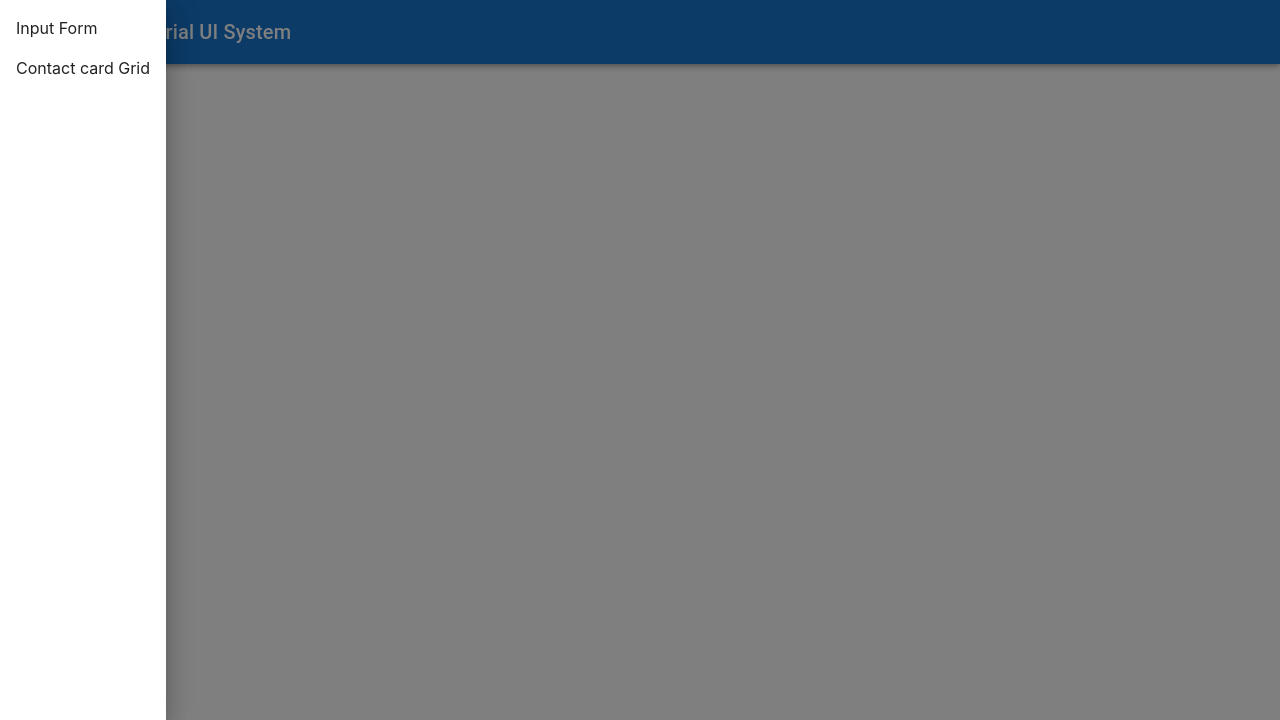
Repository: knowledgeAlan/react-mui
Page: /
These files come from the project's save history. The page is drawn as it stood at one moment and after a run of saves; the edit follows.
The browser window is 1280 px wide. The pictures show the whole page.
The project was rebuilt for these pictures with package versions that can differ from the ones it lists, and the page was loaded fresh each time. Also part of the build but not shown: vite.config.ts.

Above is the page before, as saved 2025-01-22 12:21:13.

### src/App.tsx
import { useState } from 'react'
import reactLogo from './assets/react.svg'
import viteLogo from '/vite.svg'
import './App.css'
import NavDrawer from './components/Scaffold/NaviDrawer'

function App() {


  return (
    <>
      <NavDrawer/>
    </>
  )
}

export default App

### src/App.css
#root {
  max-width: 1280px;
  /* margin: 0 auto; */
  /* padding: 2rem; */
  /* text-align: center; */
}

.logo {
  height: 6em;
  padding: 1.5em;
  will-change: filter;
  transition: filter 300ms;
}
.logo:hover {
  filter: drop-shadow(0 0 2em #646cffaa);
}
.logo.react:hover {
  filter: drop-shadow(0 0 2em #61dafbaa);
}

@keyframes logo-spin {
  from {
    transform: rotate(0deg);
  }
  to {
    transform: rotate(360deg);
  }
}

@media (prefers-reduced-motion: no-preference) {
  a:nth-of-type(2) .logo {
    animation: logo-spin infinite 20s linear;
  }
}

.card {
  padding: 2em;
}

.read-the-docs {
  color: #888;
}

### src/components/Scaffold/NaviDrawer.tsx
import { AppBar,Drawer, Toolbar, Typography,List,ListItem } from "@mui/material"
import {BrowserRouter,Link,Routes,Route} from "react-router-dom"
export default function NavDrawer(){
    return (
    <BrowserRouter>
    <>

        <AppBar position="fixed">
            <Toolbar>
                <Typography variant="h6" noWrap>
                    Advanced Material UI System
                </Typography>
            </Toolbar>
        </AppBar>

        <Drawer variant="temporary" open={true}>

            <List>
                {[{text: "Input Form"},{text: "Contact card  Grid"}].map((nav,index) =>(
                    <ListItem key={nav.text}><Link></Link>{nav.text}</ListItem>
                ))}
            </List>
        </Drawer>
        <main>

        </main>
    </>
    </BrowserRouter>
    )
}

Loaded but not shown: index.html (common file); src/main.tsx (common file); src/index.css (common file)

After the next 2 saves:
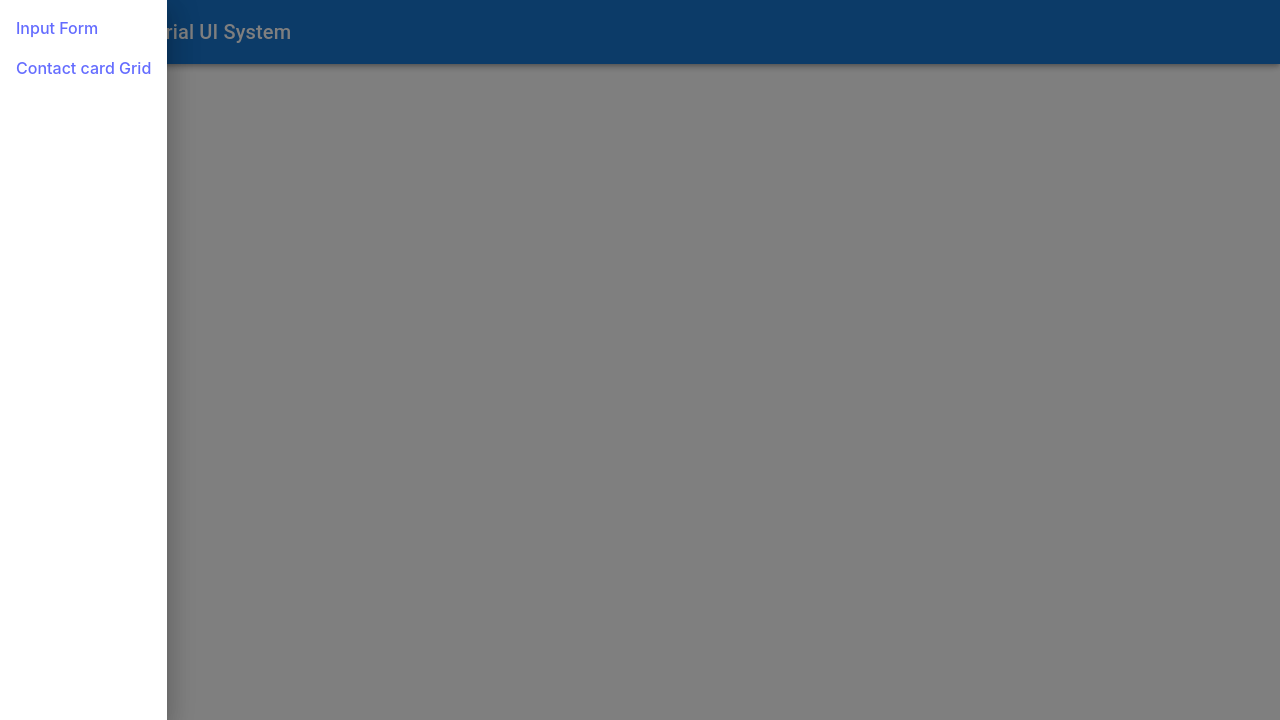
The 2 saves are shown as one change because they came seconds apart.
The last was saved 5 s later.
--- a/src/components/Scaffold/NaviDrawer.tsx
+++ b/src/components/Scaffold/NaviDrawer.tsx
@@ -17,7 +17,7 @@ export default function NavDrawer(){
 
             <List>
                 {[{text: "Input Form"},{text: "Contact card  Grid"}].map((nav,index) =>(
-                    <ListItem key={nav.text}><Link></Link>{nav.text}</ListItem>
+                    <ListItem key={nav.text}><Link>{nav.text}</Link></ListItem>
                 ))}
             </List>
         </Drawer>
